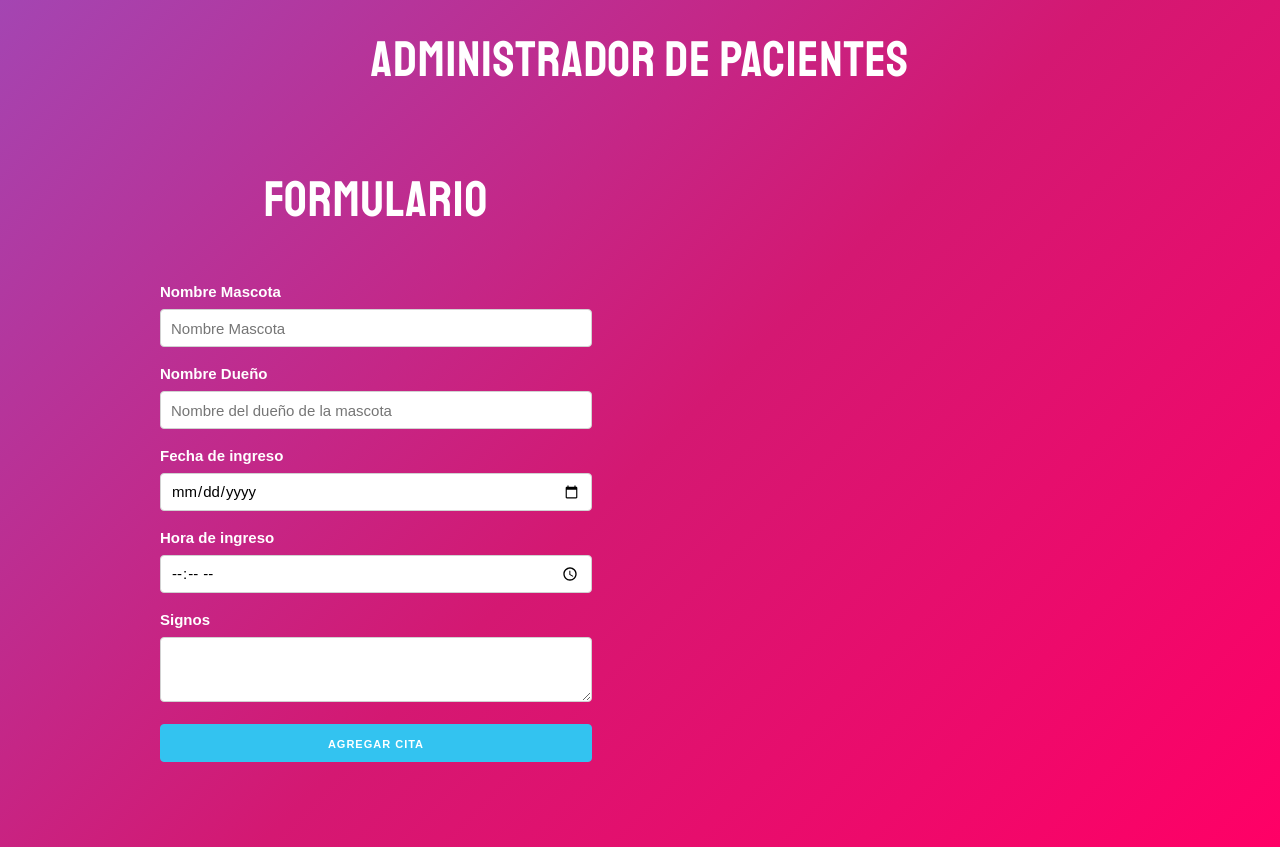
Repository: leonmezu1/react-jdlt
Page: /
These files come from the project's save history. The page is drawn as it stood at one moment and after the next save; the edit follows.
The browser window is 1280 px wide. The pictures show the whole page.
The project was rebuilt for these pictures with package versions that can differ from the ones it lists, and the page was loaded fresh each time. Also part of the build but not shown: src/components/Cita.js.

Above is the page before, as saved 2020-10-06 09:59:15.

After the next save:
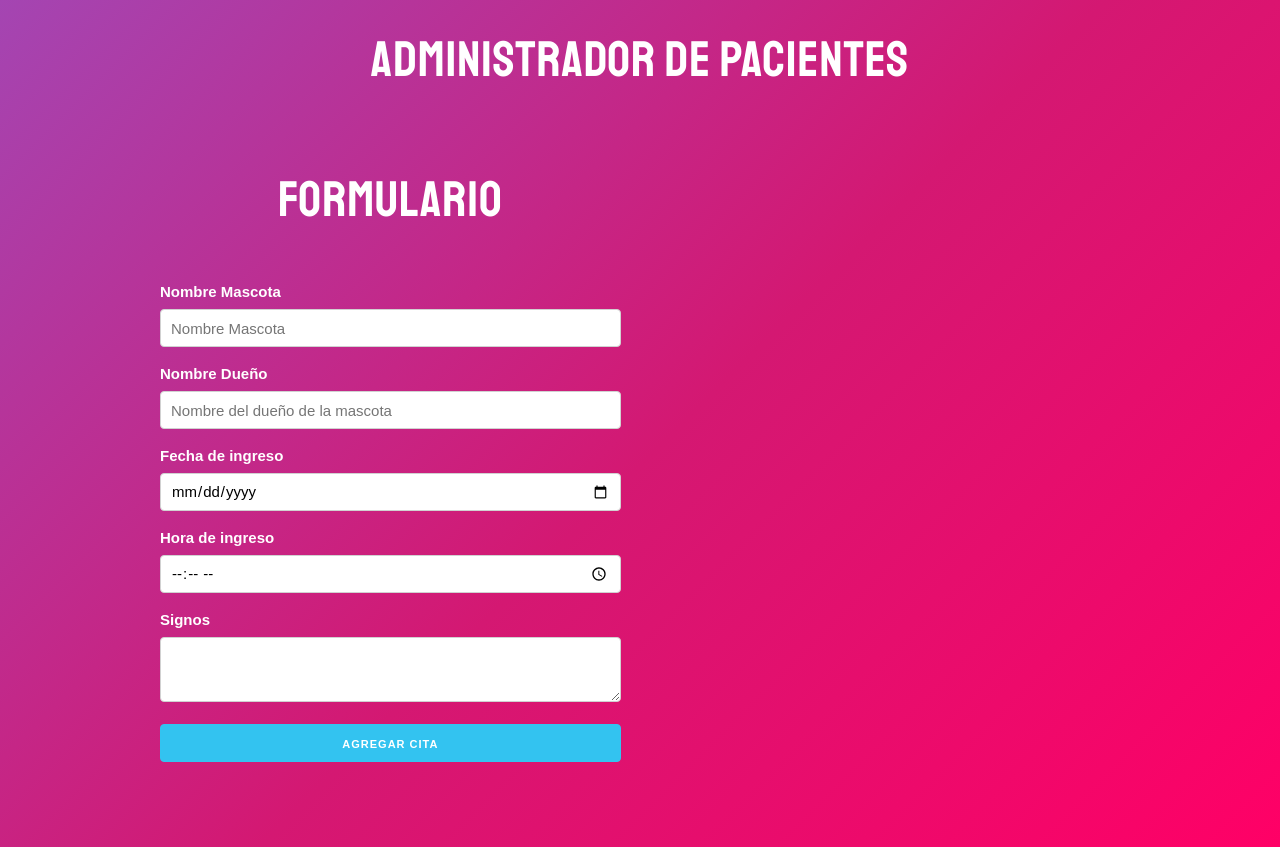
Saved 19 s later.
--- a/src/index.css
+++ b/src/index.css
@@ -24,7 +24,7 @@ h1, h2  {
   justify-content: space-between;
 }
 .one-half-column{
-  flex-basis: calc(45%);
+  flex-basis: calc(48%);
 }
 .lista-citas .media {
   border-bottom: 1px solid #e1e1e1;
